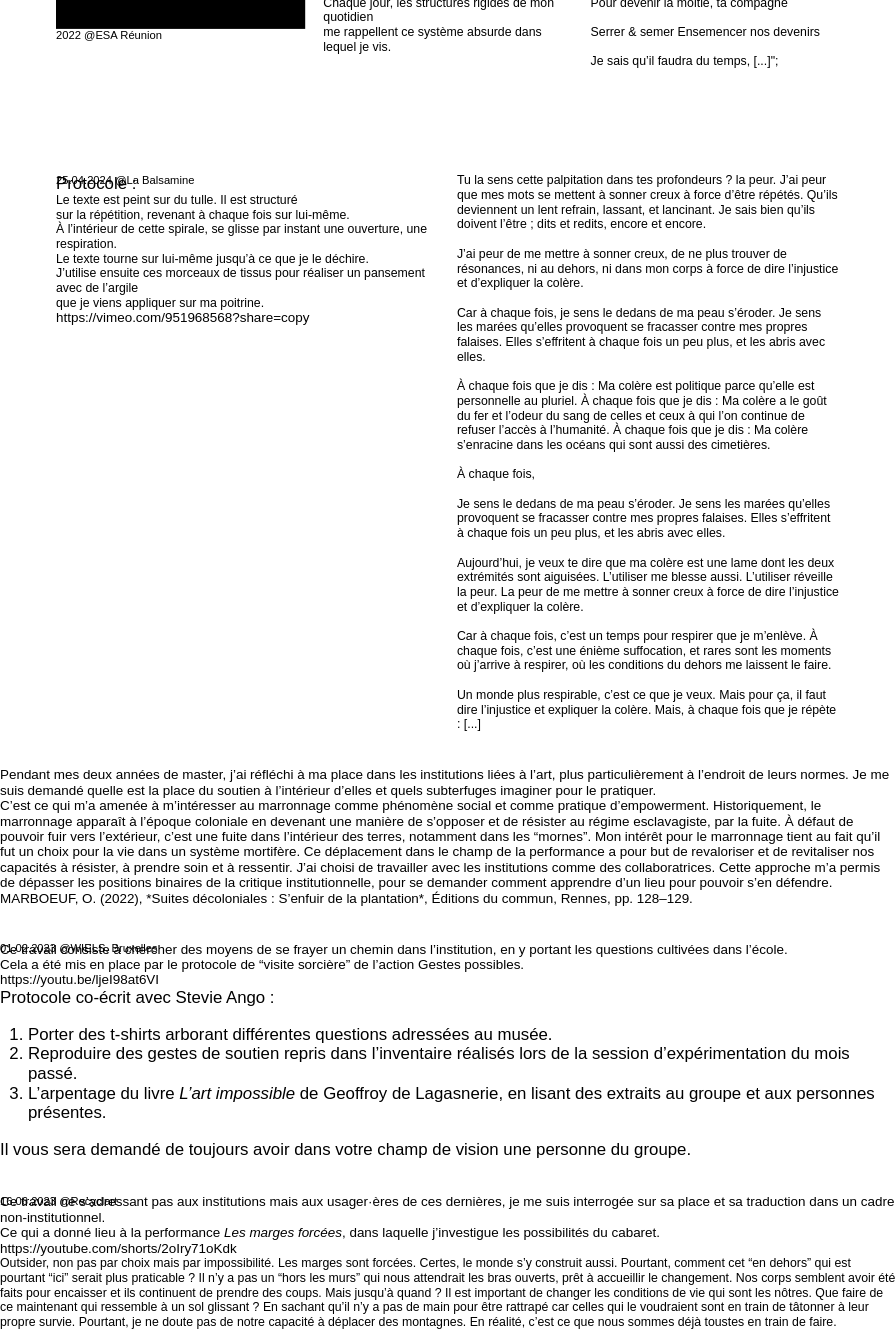
Repository: brunrhb/oce-p
Page: index.html
These files come from the project's save history. The page is drawn as it stood at one moment and after the next save; the edit follows.
The browser window is 1280 px wide. The pictures show the part of the page from y = 1566 to 3486 px (the page is 4077 px tall before and 3951 px after), at 70% of full size.

Above is the page before, as saved 2025-06-09 22:00:28.

After the next save:
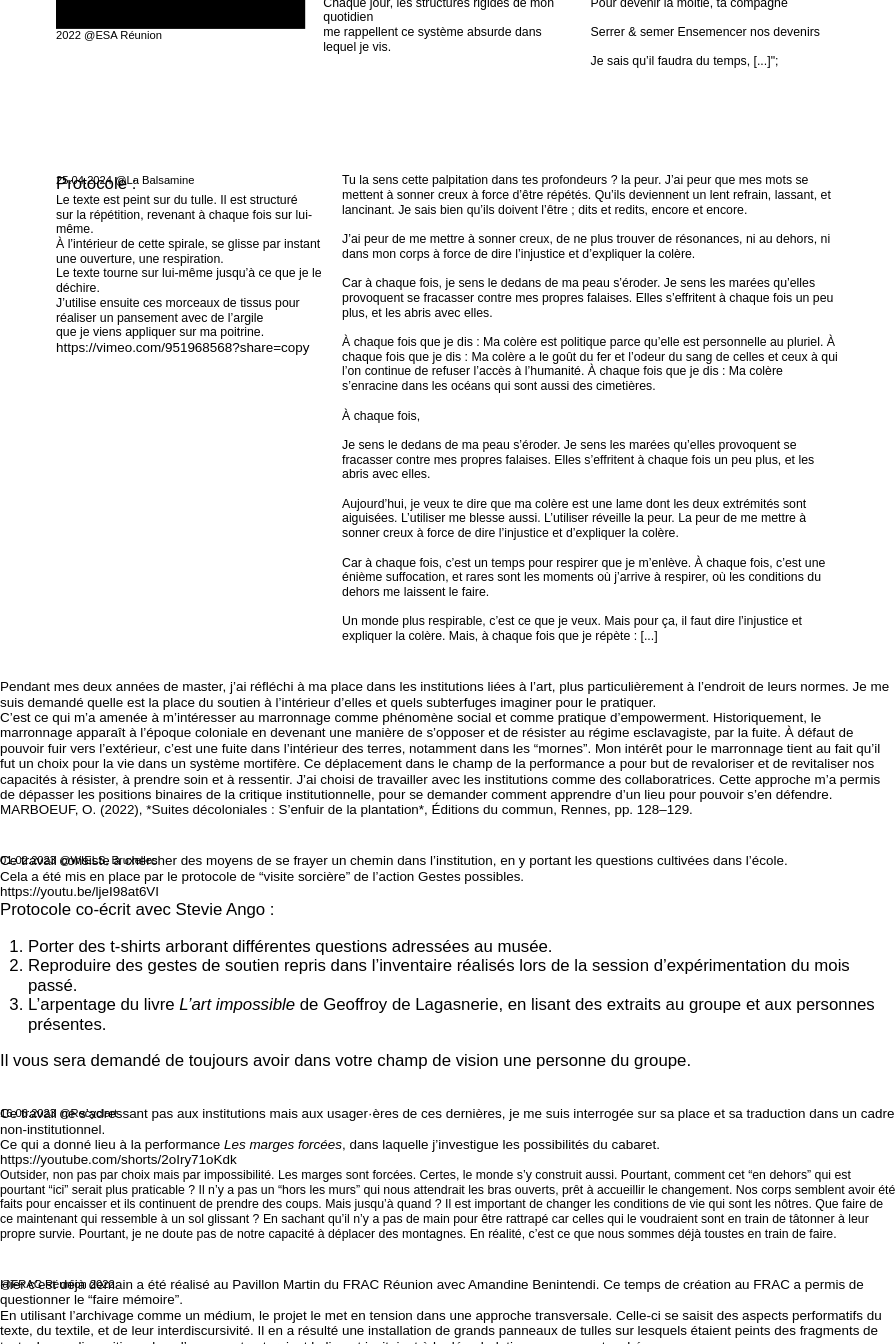
Saved 31 s later.
--- a/styles.css
+++ b/styles.css
@@ -173,7 +173,7 @@ body {
 /* 1 grille et colonnes */
 .grid-p2 {
   display: grid;
-  grid-template-columns: 1fr 1fr;
+  grid-template-columns: 0.7fr 1.3fr;
   padding-left: 5rem;
   padding-right: 5rem;
   column-gap: 2vw;
